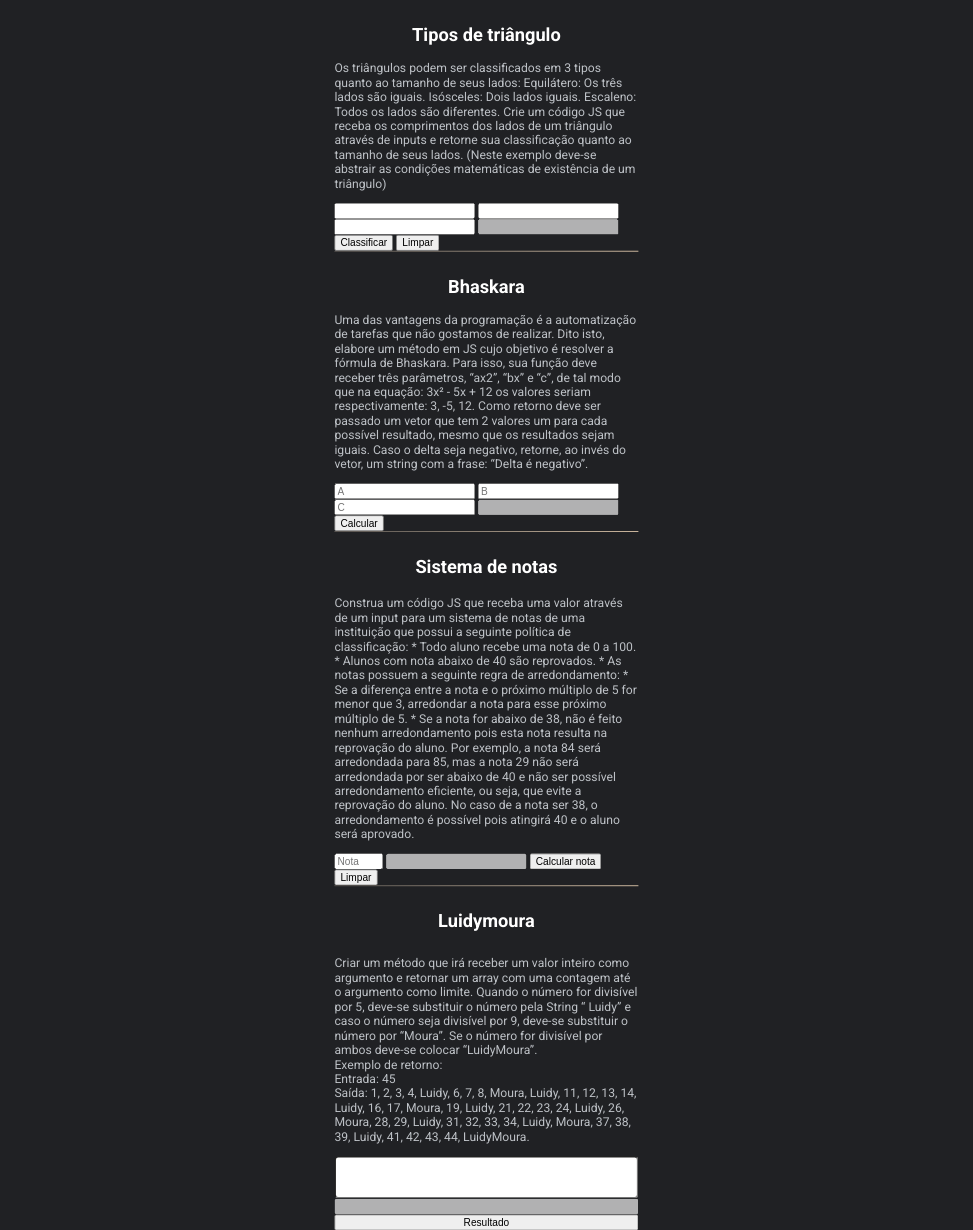
Repository: viviij/Fun-es-Simples-JavaScript
Page: index.html
These files come from the project's save history. The page is drawn as it stood at one moment and after the next save; the edit follows.
The browser window is 1280 px wide. The pictures show the whole page, at 76% of full size.

Above is the page before, as saved 2022-08-26 20:33:03.

### index.html
<!DOCTYPE html>
<html lang="ptBR">
  <head>
    <meta charset="UTF-8">
    <link rel="preconnect" href="https://fonts.gstatic.com" crossorigin>
    <link rel="preconnect" href="https://fonts.googleapis.com">
    <meta http-equiv="X-UA-Compatible" content="IE=edge">
    <meta name="viewport" content="width=device-width, initial-scale=1.0">

    <link href="https://fonts.googleapis.com/css2?family=Roboto:wght@400;700&display=swap" rel="stylesheet">

    <link rel="stylesheet" href="styles.css">
    <title>Prova C3C</title>
  </head>
  <body>
    <div class="container">
      <section class="Tipos de Triângulo">
        <header>
          <h1>Tipos de triângulo</h1>
          <p>
            Os triângulos podem ser classificados em 3 tipos quanto ao tamanho de seus lados:

            Equilátero: Os três lados são iguais.
            Isósceles: Dois lados iguais.
            Escaleno: Todos os lados são diferentes.

            Crie um código JS que receba os comprimentos dos lados de um triângulo através de inputs e retorne sua classificação quanto ao tamanho de seus lados. (Neste exemplo deve-se abstrair as condições matemáticas de existência de um triângulo)
          </p>

        </header>
        <div class="main">
          <input type="number" name="trianguloLado1" id="trianguloLado1"/>
          <input type="number" name="trianguloLado2" id="trianguloLado2"/>
          <input type="number" name="trianguloLado3" id="trianguloLado3"/>

          <input type="text" name="tipoDeTriangulo" id="tipoDeTriangulo" disabled/>

          <button id="classificacaoTriangulo">Classificar</button>
          <button id="limparInputBotao">Limpar</button>
        </div>
      </section>

      <div class="linhaDeDivisaoDasQuestoes"></div>

      <section class="Bhaskara">
        <header>
          <h2>Bhaskara</h2>
          <p>Uma das vantagens da programação é a automatização de tarefas que não gostamos de realizar. Dito isto, elabore um método em JS cujo objetivo é resolver a fórmula de Bhaskara.

            Para isso, sua função deve receber três parâmetros, “ax2”, “bx” e “c”, de tal modo que na equação: 3x² - 5x + 12 os valores seriam respectivamente: 3, -5, 12.

            Como retorno deve ser passado um vetor que tem 2 valores um para cada possível resultado, mesmo que os resultados sejam iguais.

            Caso o delta seja negativo, retorne, ao invés do vetor, um string com a frase: “Delta é negativo”.</p>
        </header>
        <div class="main">
          <input type="number" name="bhaskaraValorA" id="bhaskaraValorA" placeholder="A"/>
          <input type="number" name="bhaskaraValorB" id="bhaskaraValorB" placeholder="B"/>
          <input type="number" name="bhaskaraValorC" id="bhaskaraValorC" placeholder="C"/>

          <input type="text" name="resultadoBhaskara" id="resultadoBhaskara" disabled/>
          <button id="calcularBhaskara">Calcular</button>
        </div>
      </section>

      <div class="linhaDeDivisaoDasQuestoes"></div>

      <section class="Sistema de Notas">
        <header>
          <h3>Sistema de notas</h3>
          <p>Construa um código JS que receba uma valor através de um input para um sistema de notas de uma instituição que possui a seguinte política de classificação:

          * Todo aluno recebe uma nota de 0 a 100.
          * Alunos com nota abaixo de 40 são reprovados.
          * As notas possuem a seguinte regra de arredondamento:
            * Se a diferença entre a nota e o próximo múltiplo de 5 for menor que 3, arredondar a nota para esse próximo múltiplo de 5.
            * Se a nota for abaixo de 38, não é feito nenhum arredondamento pois esta nota resulta na reprovação do aluno.

          Por exemplo, a nota 84 será arredondada para 85, mas a nota 29 não será arredondada por ser abaixo de 40 e não ser possível arredondamento eficiente, ou seja, que evite a reprovação do aluno.
          No caso de a nota ser 38, o arredondamento é possível pois atingirá 40 e o aluno será aprovado.</p>
        </header>
        <div class="main">
          <input type="number" name="notaRecebida" id="notaRecebida"  min="0" max="100" placeholder="Nota"/>

          <input type="text" name="arredondamentoNota" id="arredondamentoNota" disabled/>

          <button id="calcularNota">Calcular nota</button>
          <button id="limparNota">Limpar</button>
        </div>
      </section>

      <div class="linhaDeDivisaoDasQuestoes"></div>

      <section class="LuidyMoura">
        <header>
          <h4>Luidymoura</h4>
          <p>Criar um método que irá receber um valor inteiro como argumento e retornar um array com uma contagem até o argumento como limite.

          Quando o número for divisível por 5, deve-se substituir o número pela String “ Luidy” e caso o número seja divisível por 9, deve-se substituir o número por  “Moura”.
          Se o número for divisível por ambos deve-se colocar “LuidyMoura”.
          <br/>
          Exemplo de retorno:
          <br/>

          Entrada:
          45
          <br/>

          Saída:
          1, 2, 3, 4, Luidy, 6, 7, 8, Moura, Luidy, 11, 12, 13, 14, Luidy, 16, 17, Moura, 19, Luidy, 21, 22, 23, 24, Luidy, 26, Moura, 28, 29, Luidy, 31, 32, 33, 34, Luidy, Moura, 37, 38, 39, Luidy, 41, 42, 43, 44, LuidyMoura.</p>
        </header>
        <div class="main">
          <input type="number" name="valorLuidyMoura" id="valorLuidyMoura">
          <input type="text" name="resultadoLuidyMoura" id="resultadoLuidyMoura" disabled>
          <button id="calculoLuidyMoura">Resultado</button>
        </div>
      </section>
    </div>
    <script src="./js/tipos_de_triangulo.js"></script>
    <script src="./js/sistema_de_notas.js"></script>
    <script src="./js/luidymoura.js"></script>
    <script src="./js/bhaskara.js"></script>
  </body>
</html>

### styles.css
body {
  margin: 0;
  padding: 0;
  box-sizing: border-box;
  background: var(--background-color);
  display: flex;
  justify-content: center;
  font-family: 'Roboto', sans-serif;
  font-weight: 400;
}

body h1,
h2,
h3,
h4,
h5,
h6,
h7,
h8 {
  font-family: 'Roboto', sans-serif;
  font-weight: 700;
}

button,
input,
textarea,
select {
  outline: 0;
}

a {
  text-decoration: none;
}

ul {
  list-style: none;
}

:root {
  /*CORES GLOBAIS*/
  --text-color: #bdc1c6;
  --background-color: #202124;
  --title-color: #ffffff;

}

.container section {
  max-height: auto;
  max-width: 400px;
}

section {
  color: var(--text-color);
  margin-top: 2rem;
}

.container .linhaDeDivisaoDasQuestoes {
  height: 1px;
  background: linear-gradient(270deg,
      hsla(33, 100%, 88%, 1) 0%,
      hsla(33, 65%, 88%, 0.34) 100%);
}

section h1,
h2,
h3,
h4,
h5 {
  display: flex;
  justify-content: center;
  font-size: 1.5rem;
  color: var(--title-color);
}

.container .questao_1 {}

.container .questao_2 {}

.container .questao_3 {}


/*LuidyMoura QUESTAO 4*/
.LuidyMoura .main {
  display: flex;
  flex-direction: column;
}

#valorLuidyMoura {
  height: 50px;
  width: auto;
  box-shadow: none;
  border-radius: 5px;
  text-align: center;
}

### js/tipos_de_triangulo.js
//Selecionando itens do HTML
const trianLado1 = document.querySelector("#trianguloLado1");
const trianLado2 = document.querySelector("#trianguloLado2");
const trianLado3 = document.querySelector("#trianguloLado3");
const tipoDeTrian = document.querySelector("#tipoDeTriangulo");
const classTrian = document.querySelector("#classificacaoTriangulo") ;
const limparInput = document.querySelector("#limparInputBotao");
//Marcar "erro" caso alguma resposta nao seja preenchida
trianLado1.onblur = () => {
  if(trianLado1.value == "") {
    trianLado1.style = "border-color: #aa0044";
  }else{
    trianLado1.style = "color: #000000";
  }
}

trianLado2.onblur = () => {
  if(trianLado2.value == "") {
    trianLado2.style = "border-color: #aa0044";
  }else{
    trianLado2.style = "color: #000000";
  }
}

trianLado3.onblur = () => {
  if(trianLado3.value == "") {
    trianLado3.style = "border-color: #aa0044";
  }else{
    trianLado3.style = "color: #000000";
  }
}

//Limpar input apos clicar no botao Limpar
limparInput.onclick = () => {
  trianLado1.value = "";
  trianLado2.value = "";
  trianLado3.value = "";
  tipoDeTrian.value = "";
}

//Classificar o tipo de triangulo apos clicar no botao Classificar
classTrian.onclick = () => {
  //Dar foco no input vazio
  if (trianLado1.value == "" && trianLado2.value != "" && trianLado3.value != "") {
    trianLado1.focus();
  }else if (trianLado2.value == "" && trianLado1.value != "" && trianLado3.value != "") {
    trianLado2.focus();
  }else if (trianLado3.value == "" && trianLado1.value != "" && trianLado2.value != "") {
    trianLado3.focus();
  }

  if(trianLado1.value != "" && trianLado2.value != "" && trianLado3.value != "") {

    if (trianLado1.value != trianLado2.value && trianLado1.value != trianLado3.value && trianLado2.value != trianLado3.value) {
      tipoDeTrian.value = "Escaleno: Todos os lados são diferentes.";

    }else if (trianLado1.value == trianLado2.value && trianLado1.value == trianLado3.value && trianLado2.value == trianLado3.value) {
      tipoDeTrian.value = "Equilátero: Os três lados são iguais.";

    }else{
      tipoDeTrian.value = "Isósceles: Dois lados iguais.";

    }
  }
}

### js/sistema_de_notas.js
const notaRec = document.querySelector("#notaRecebida");
const arreNota = document.querySelector("#arredondamentoNota");
const calcNota = document.querySelector("#calcularNota");
const limparNota = document.querySelector("#limparNota")

//Marcar "erro" caso alguma resposta nao seja preenchida
notaRec.onblur = () => {
  if(notaRec.value == "") {
    notaRec.style = "border-color: #aa0044";
  }else{
    notaRec.style = "color: #000000";
  }
}

//Limpar input apos clicar no botao Limpar
limparNota.onclick = () => {
  notaRec.value = "";
  arreNota.value = "";
}

calcNota.onclick = () => {
  //Dar foco no input vazio
  if (notaRec.value == "") {
    notaRec.focus();
  }
  if(notaRec.value != "") {
    //Função do calculo da nota
    if (notaRec.value > 100 || notaRec.value < 0) {
      arreNota.value = "Valor inválido! Por favor digite um numero de 0 a 100.";
    }else if (notaRec.value < 38) {
      return arreNota.value = "Nem com milagre esse ser vai passar :("
    }

    const tabuadaDo5 = [5, 10, 15, 20, 25, 30, 35, 40, 45, 50, 55, 60, 65, 70, 75, 80, 85, 90, 95, 100];

    for (let i in tabuadaDo5) {
      const int = (nota) => {
        nota = Number.parseFloat(nota);
        return nota
      }
      if (int(notaRec.value)+2 >= tabuadaDo5[i]) {
        arreNota.value = tabuadaDo5[i];
      }
    }
  }
}

### js/luidymoura.js
const valorLuidyM = document.querySelector("#valorLuidyMoura")
const resLuidyM = document.querySelector("#resultadoLuidyMoura")
const calcLuidyM = document.querySelector("#calculoLuidyMoura")
function range(n) {//Função responsavel po ir do 0 até o valor x
  const listaNumerica = []
  for (i = 0; i < n; i++) {
    listaNumerica.push(i+1)
  }

  return listaNumerica
}

//Marcar "erro" caso alguma resposta nao seja preenchida
valorLuidyM.onblur = () => {
  if(valorLuidyM.value == "") {
    valorLuidyM.style = "border-color: #aa0044";
  }else{
    valorLuidyM.style = "color: #000000";
  }
}

calcLuidyM.onclick = () => {
  //dar focus no input caso n tenha sido preenchido
  if (valorLuidyM.value == "") {
    valorLuidyM.focus();
  }

  //logica do luidymoura
  if (valorLuidyM != "") {
    contagem = range(valorLuidyM.value)

    //Divisivel por 9 e 5
    let lista = []
    for (let contador in contagem) {

      //divisivel apenas por 5
      if (contagem[contador] % 9 != 0 && contagem[contador] % 5 == 0) {
        lista.push("Luidy")
      }

      //Divisivel apenas por 9
      if (contagem[contador] % 9 == 0 && contagem[contador] % 5 != 0) {
        lista.push("Moura")
      }

      //divisivel por 5 e 9
      if (contagem[contador] % 9 == 0 && contagem[contador] % 5 == 0) {
        lista.push("LuidyMoura")
      }else if (contagem[contador] % 9 != 0 && contagem[contador] % 5 != 0){
        lista.push(contagem[contador])
      }
    }
    resLuidyM.value = lista
  }

}

### js/bhaskara.js
//Selecionando itens do HTML
const bhaskaVA = document.querySelector("#bhaskaraValorA");
const bhaskaVB = document.querySelector("#bhaskaraValorB");
const bhaskaVC = document.querySelector("#bhaskaraValorC");
const resBhaska = document.querySelector("#resultadoBhaskara");
const calcBhaska = document.querySelector("#calcularBhaskara");
//Marcar "erro" caso alguma resposta nao seja preenchida
bhaskaVA.onblur = () => {
  if(bhaskaVA.value == "") {
    bhaskaVA.style = "border-color: #aa0044";
  }else{
    bhaskaVA.style = "color: #000000";
  }
}

bhaskaVB.onblur = () => {
  if(bhaskaVB.value == "") {
    bhaskaVB.style = "border-color: #aa0044";
  }else{
    bhaskaVB.style = "color: #000000";
  }
}

bhaskaVC.onblur = () => {
  if(bhaskaVC.value == "") {
    bhaskaVC.style = "border-color: #aa0044";
  }else{
    bhaskaVC.style = "color: #000000";
  }
}

//Calcular os valores de bhaskara


calcBhaska.onclick = () => {
  //Dar foco no input vazio
  if (bhaskaVA.value == "" && bhaskaVB.value != "" && bhaskaVC.value != "") {
    bhaskaVA.focus();
  }else if (bhaskaVB.value == "" && bhaskaVA.value != "" && bhaskaVC.value != "") {
    bhaskaVB.focus();
  }else if (bhaskaVC.value == "" && bhaskaVA.value != "" && bhaskaVB.value != "") {
    bhaskaVC.focus();
  }

  if (bhaskaVC.value != "" && bhaskaVA.value != "" && bhaskaVB.value != ""){
    //Função de bhaskara
    const valorDelta = (bhaskaVB.value*bhaskaVB.value) - 4*bhaskaVA.value*(bhaskaVC.value);

    if(valorDelta < 0) {
      resBhaska.value = "Delta é negativo";
    }else{
      let calculoDeX = (-bhaskaVB.value+Math.sqrt(valorDelta))/(2*bhaskaVA.value);
      let calculoDeX2 = (-bhaskaVB.value-Math.sqrt(valorDelta))/(2*bhaskaVA.value);
      bhaskaVA.value = ""
      bhaskaVB.value = ""
      bhaskaVC.value = ""

      resBhaska.value = [calculoDeX, calculoDeX2];
    }
  }
}

After the next save:
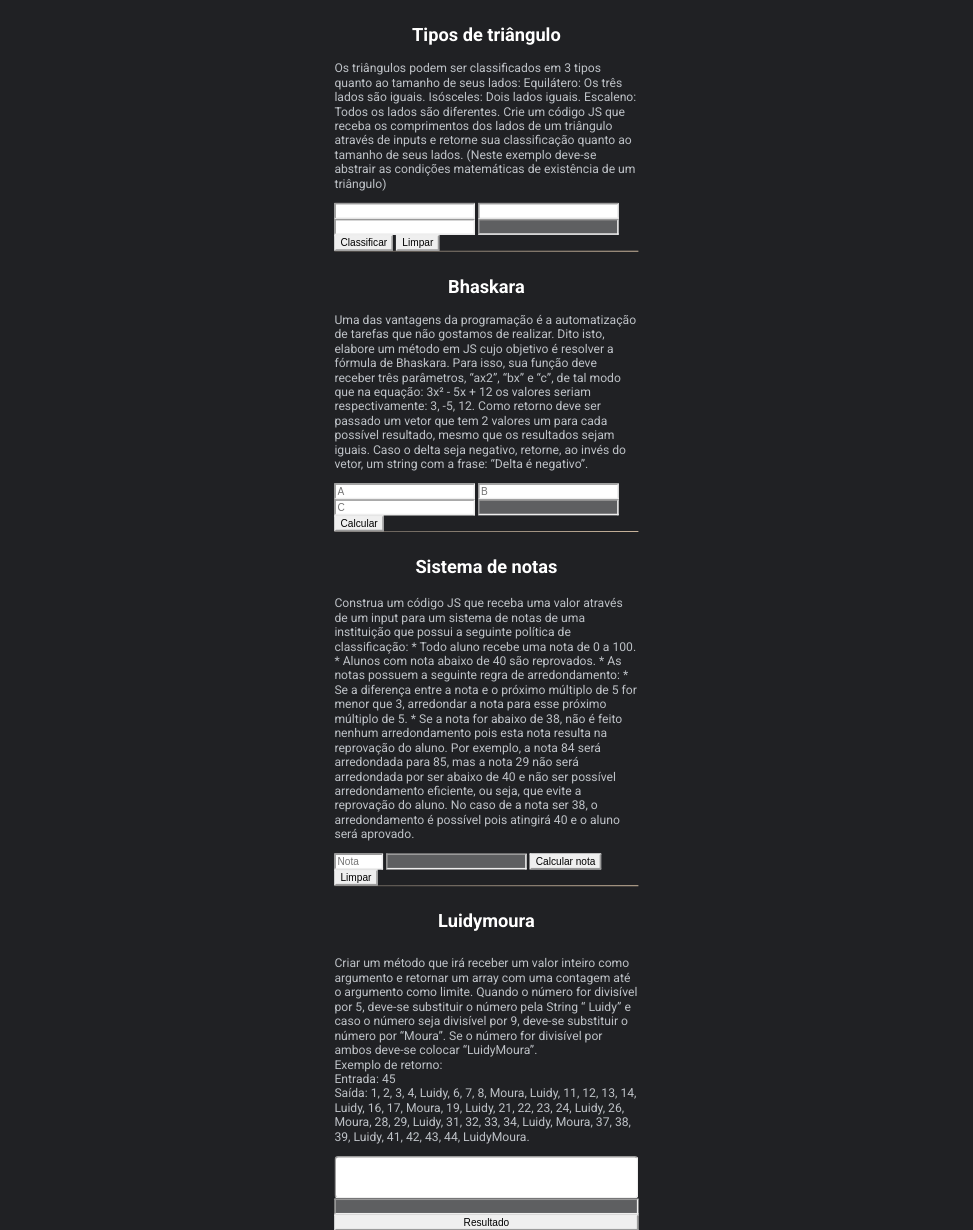
Saved 57 s later.
--- a/styles.css
+++ b/styles.css
@@ -26,6 +26,9 @@
 textarea,
 select {
   outline: 0;
+  border-color: inherit;
+  -webkit-box-shadow: none;
+  box-shadow: none;
 }
 
 a {

After the save that followed:
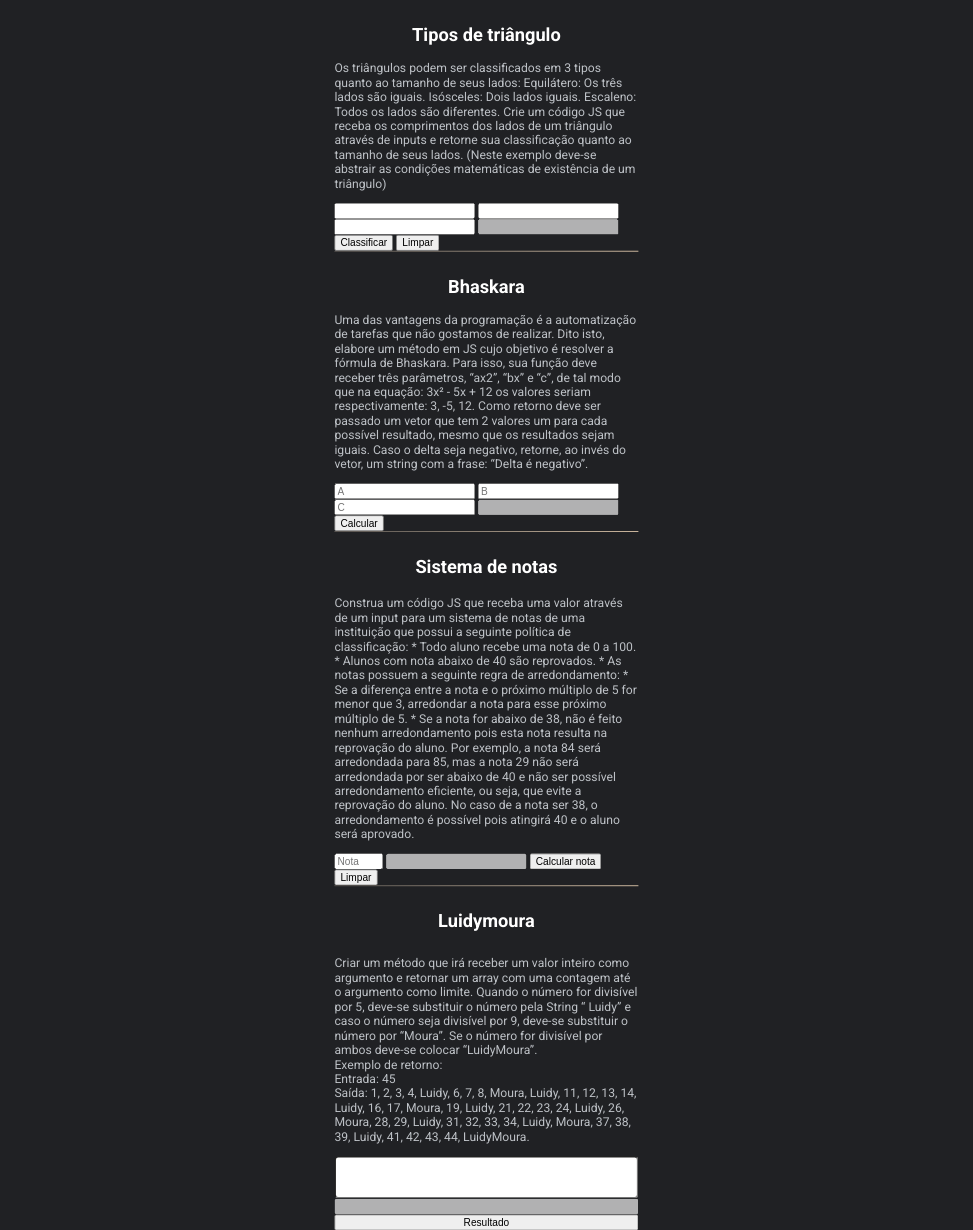
Saved 23 s later.
--- a/styles.css
+++ b/styles.css
@@ -26,9 +26,7 @@
 textarea,
 select {
   outline: 0;
-  border-color: inherit;
-  -webkit-box-shadow: none;
-  box-shadow: none;
+
 }
 
 a {
